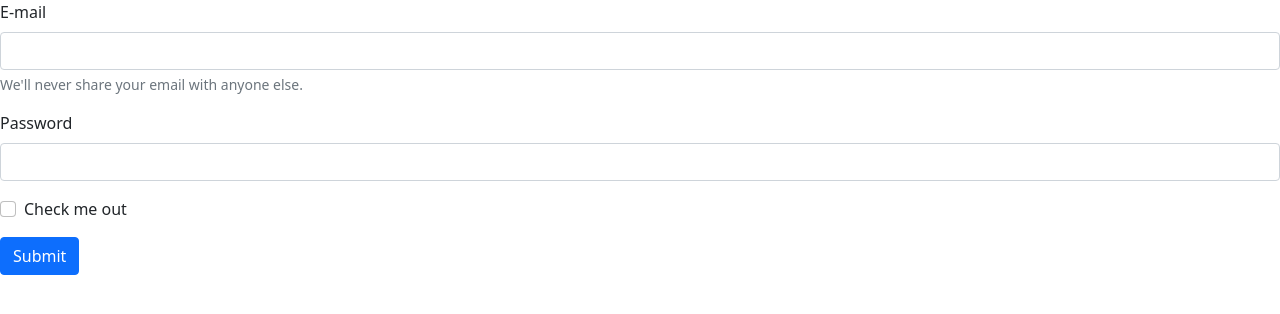
Repository: Marcelinalima/Java_JSP
Page: http://localhost/projeto_pesquisa/texte.jsp
An editor plug-in stored every save of this project. The page is shown before and after the next save, followed by the edit.
The browser window is 1280 px wide. The pictures show the whole page.
The page is served by Tomcat 9. Other server files are loaded and not shown.

Above is the page before, as saved 2023-04-20 17:22:41.

### projeto_pesquisa/src/main/webapp/texte.jsp
<%@ page language="java" contentType="text/html; charset=ISO-8859-1"
    pageEncoding="ISO-8859-1"%>
<!doctype html>
<html lang="en">
  <head>
    <meta charset="utf-8">
    <meta name="viewport" content="width=device-width, initial-scale=1">

    <!-- Bootstrap CSS -->
    <link href="https://cdn.jsdelivr.net/npm/bootstrap@5.0.2/dist/css/bootstrap.min.css" rel="stylesheet"
     integrity="sha384-EVSTQN3/azprG1Anm3QDgpJLIm9Nao0Yz1ztcQTwFspd3yD65VohhpuuCOmLASjC" crossorigin="anonymous">

    <title>Hello, world!</title>
  </head>
  <body>

   <div class="Container">

   </div>
    <form>
	  <div class="mb-3">
	    <label for="exampleInputEmail1" class="form-label">E-mail</label>
	    <input type="email" class="form-control" id="exampleInputEmail1" aria-describedby="emailHelp">
	    <div id="emailHelp" class="form-text">We'll never share your email with anyone else.</div>
	  </div>
	  <div class="mb-3">
	    <label for="exampleInputPassword1" class="form-label">Password</label>
	    <input type="password" class="form-control" id="exampleInputPassword1">
	  </div>
	  <div class="mb-3 form-check">
	    <input type="checkbox" class="form-check-input" id="exampleCheck1">
	    <label class="form-check-label" for="exampleCheck1">Check me out</label>
	  </div>
	  <button type="submit" class="btn btn-primary">Submit</button>

</form>


    <script src="https://cdn.jsdelivr.net/npm/bootstrap@5.0.2/dist/js/bootstrap.bundle.min.js"
     integrity="sha384-MrcW6ZMFYlzcLA8Nl+NtUVF0sA7MsXsP1UyJoMp4YLEuNSfAP+JcXn/tWtIaxVXM"
      crossorigin="anonymous"></script>


  </body>
</html>

After the next save:
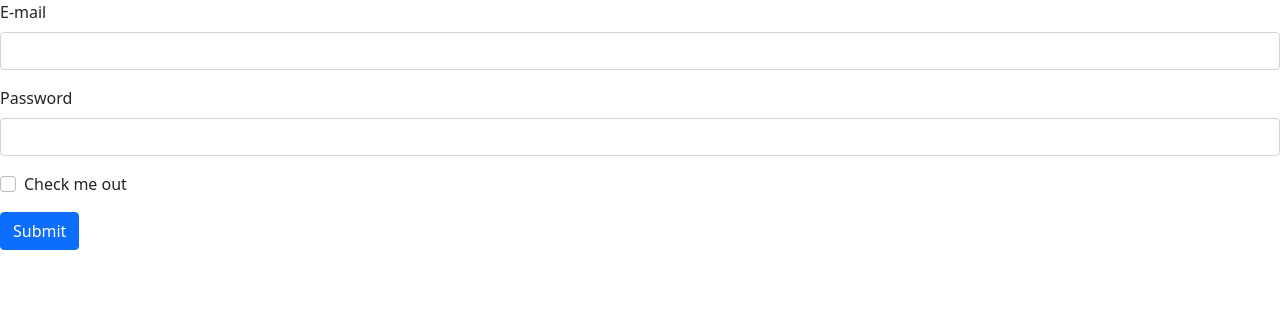
Saved 18 s later.
--- a/projeto_pesquisa/src/main/webapp/texte.jsp
+++ b/projeto_pesquisa/src/main/webapp/texte.jsp
@@ -21,7 +21,7 @@
 	  <div class="mb-3">
 	    <label for="exampleInputEmail1" class="form-label">E-mail</label>
 	    <input type="email" class="form-control" id="exampleInputEmail1" aria-describedby="emailHelp">
-	    <div id="emailHelp" class="form-text">We'll never share your email with anyone else.</div>
+	    <div id="emailHelp" class="form-text"></div>
 	  </div>
 	  <div class="mb-3">
 	    <label for="exampleInputPassword1" class="form-label">Password</label>
